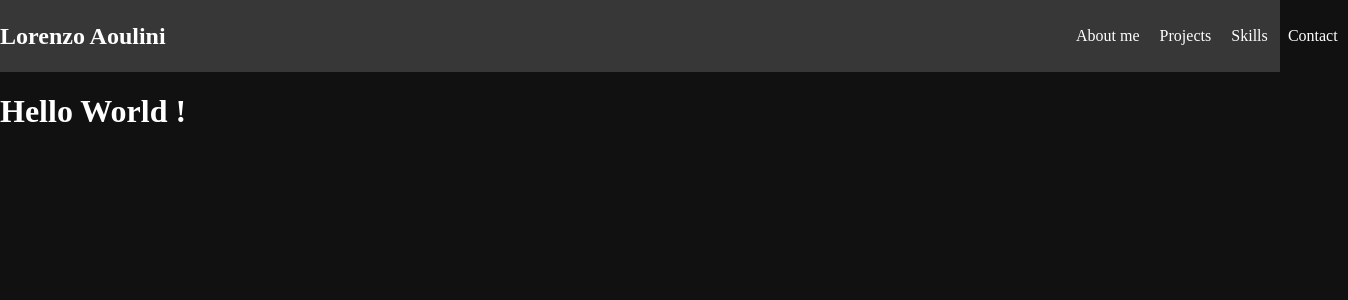
Repository: lolo298/lolo298.github.io
Page: index.html
These files come from the project's save history. The page is drawn as it stood at one moment and after the next save; the edit follows.
The browser window is 1280 px wide. The page is 1348 px wide, then 1280 px, so the pictures cover 1348 px, including what lies to the right of the window. The pictures show the whole page.

Above is the page before, as saved 2022-05-09 17:12:37.

### index.html
<!DOCTYPE html>
<html lang="en">

<head>
    <meta charset="UTF-8">
    <meta http-equiv="X-UA-Compatible" content="IE=edge">
    <meta name="viewport" content="width=device-width, initial-scale=1.0">
    <link rel="stylesheet" href="css/style.css">
    <title>Portfolio</title>
</head>

<body>
    <div class="main-container">
        <nav class="main-navbar">
            <h1>Lorenzo Aoulini</h1>
            <ul class="main-navbar-list">
                <li class="main-navbar-item">
                    <a href="#">About me</a>
                </li>
                <li class="main-navbar-item">
                    <a href="#">Projects</a>
                </li>
                <li class="main-navbar-item">
                    <a href="#">Skills</a>
                </li>
                <li class="main-navbar-item">
                    <a href="#">Contact</a>
                </li>
        </nav>
        <h1>Hello World !</h1>

    </div>

</body>

</html>

### css/style.css
html {
    background-color: #111111;
}

body {
    padding: 0;
    margin: 0;
}

.main-container {
    color: white;
    height: 100vh;
    width: 100vw;
}

.main-navbar {
    background-color: #373737;
    height: 10%;
    display: flex;
    justify-content: space-between;
    align-items: center;
}

.main-navbar>* {
    margin: 0;
}

.main-navbar-list {
    width: max-content;
    display: flex;
    flex-direction: row;
    align-items: center;
    list-style: none;
    margin-right: 1%;
    height: 100%;
}

.main-navbar-item {
    height: 100%;
    padding: 0% 5% 0% 5%;
    display: flex;
    justify-content: center;
    align-items: center;
}

.main-navbar-item>a {
    vertical-align: middle;
    text-decoration: none;
    color: white;
    width: max-content;
}

.main-navbar-item:hover {
    background-color: #6A6A6A;
}

After the next save:
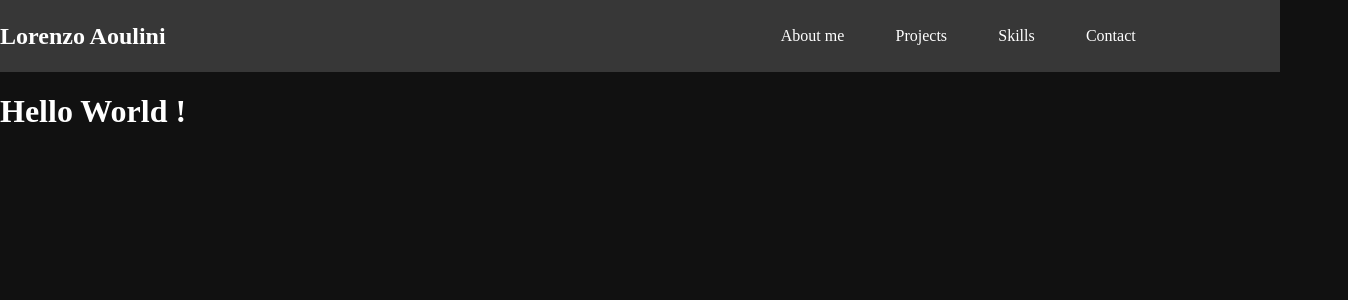
Saved 16 s later.
--- a/css/style.css
+++ b/css/style.css
@@ -26,7 +26,7 @@ body {
 }
 
 .main-navbar-list {
-    width: max-content;
+    width: 40%;
     display: flex;
     flex-direction: row;
     align-items: center;
